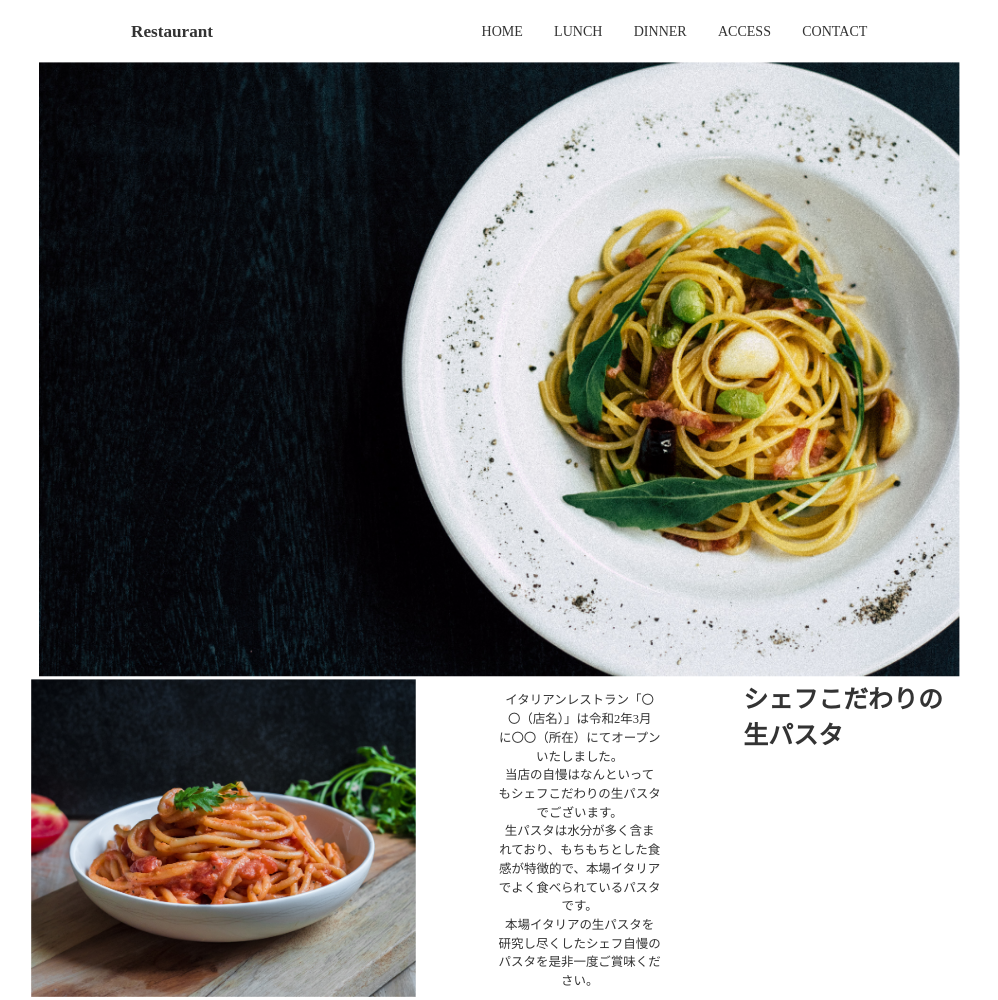
Repository: konatsu-0806/demo-site
Page: FromFigma/index.html
The author's editor kept a copy of each file at every save. The page is drawn from the files as they stood at one save, then again after a run of saves.
The browser window is 1280 px wide. The pictures show the whole page, at 78% of full size.

Above is the page before, as saved 2023-02-08 17:07:51.

After the next 2 saves:
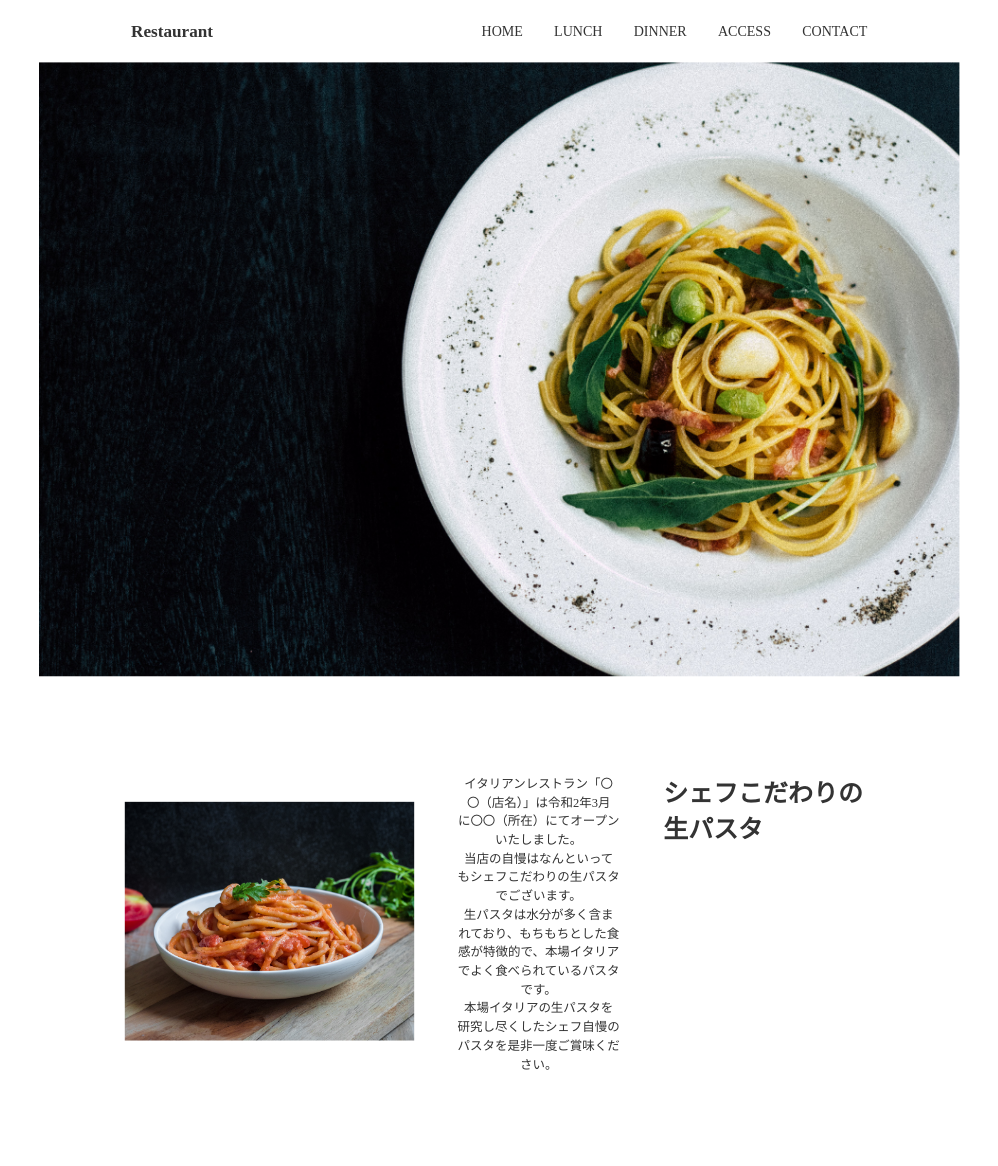
The 2 saves are shown as one change because they came seconds apart.
The last was saved 7 s later.
--- a/FromFigma/css/style.css
+++ b/FromFigma/css/style.css
@@ -118,7 +118,7 @@ img {
     width: 100%;
     max-width: 1200px;
     margin: auto;
-    padding: ;
+    padding: 120px ;
 }
 .contents img {
     width: 100%;
